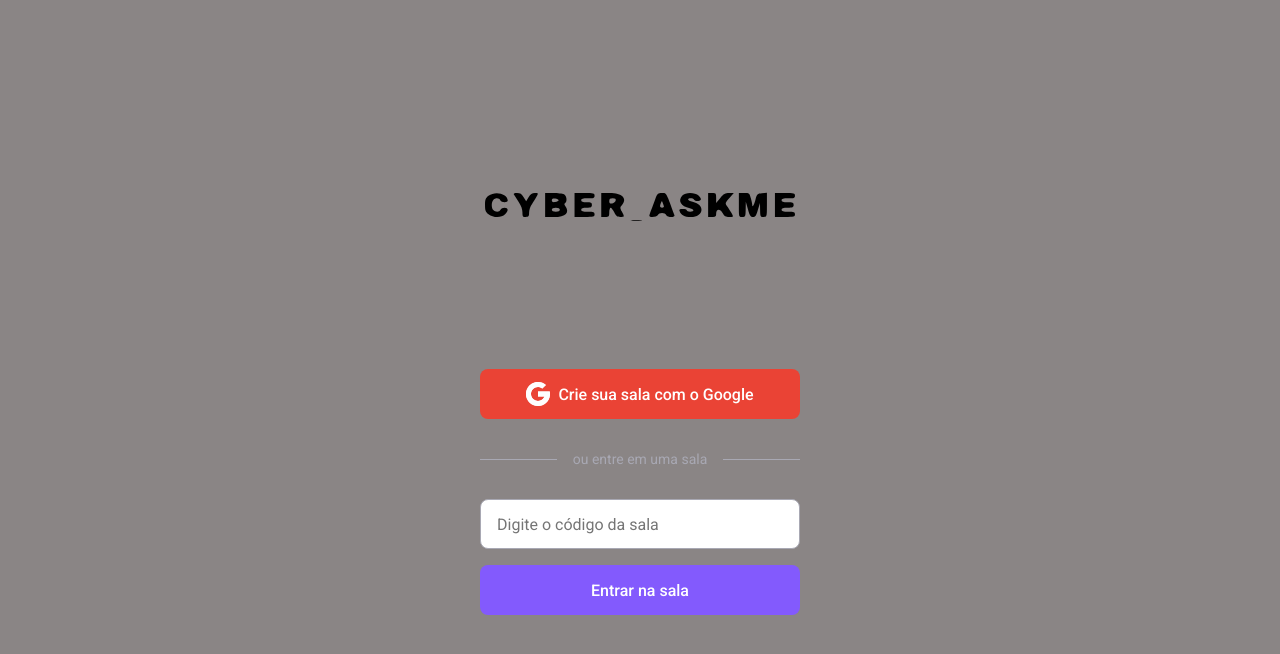
Repository: DevSecOpsRodrigo/cyberx
Page: /
The author's editor kept a copy of each file at every save. The page is drawn from the files as they stood at one save, then again after the next save.
The browser window is 1280 px wide. The pictures show the whole page.
The project was rebuilt for these pictures with package versions that can differ from the ones it lists, and the page was loaded fresh each time. Also part of the build but not shown: src/pages/NewRoom.tsx, src/components/Question/styles.scss, src/components/Question/index.tsx, src/styles/room-code.scss, src/components/RoomCode.tsx, src/hooks/useRoom.ts, src/styles/room.scss, src/pages/Room.tsx and 1 more.

Above is the page before, as saved 2021-07-19 04:51:55.

After the next save:
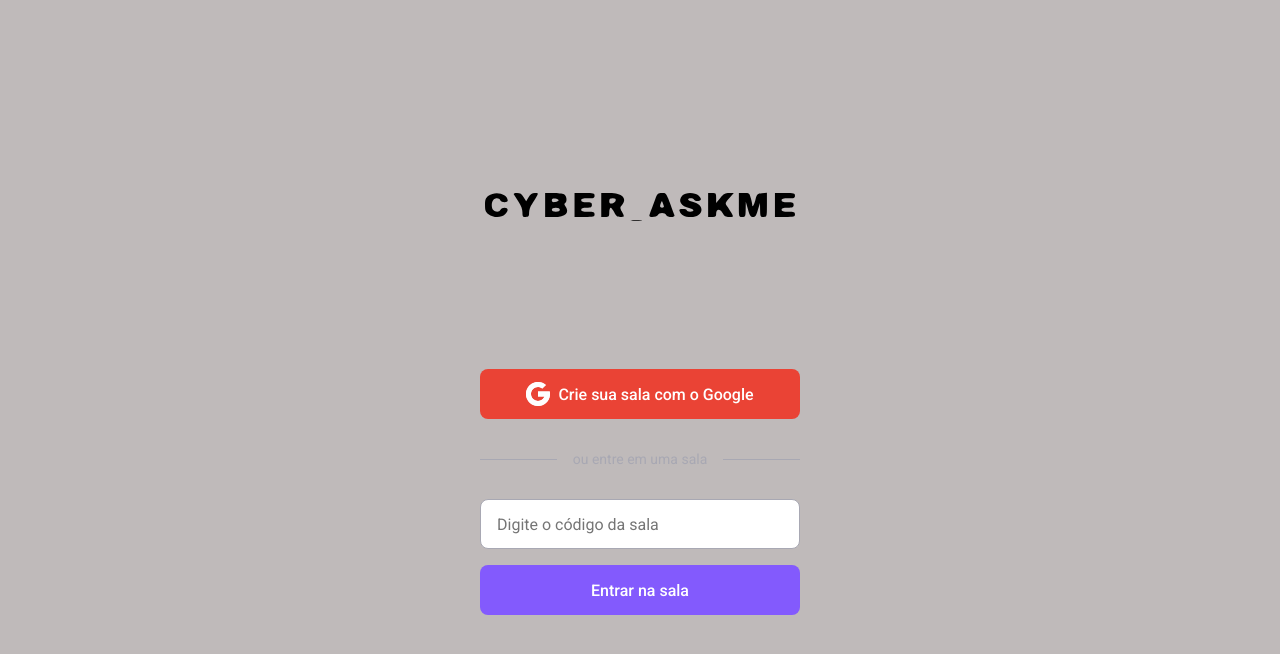
Saved 7 s later.
--- a/src/styles/global.scss
+++ b/src/styles/global.scss
@@ -5,7 +5,7 @@
 }
 
 body {
-  background: #8a8585;
+  background: #bfbaba;
   color: #29292e;
 }
 
